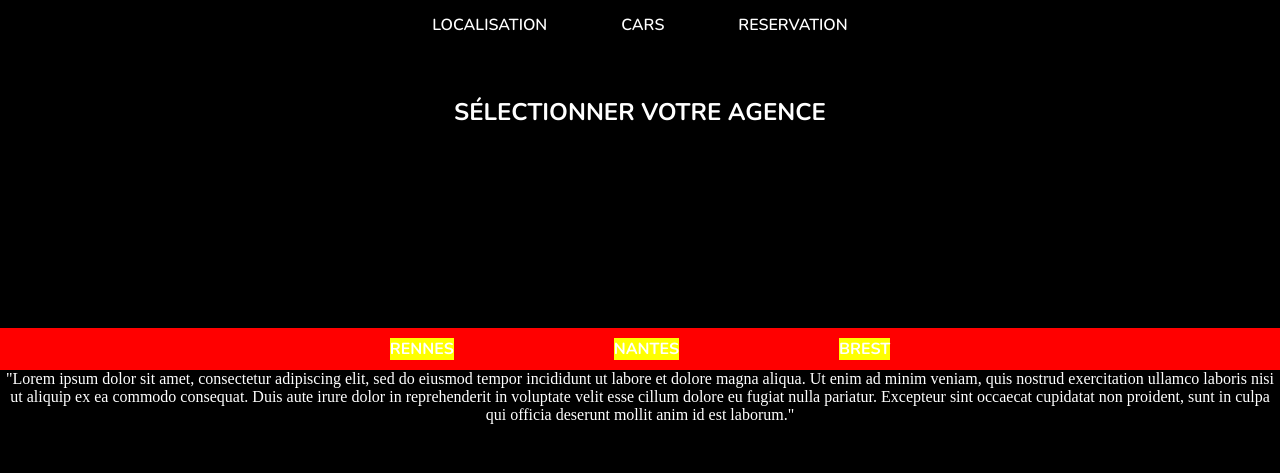
Repository: romgrm/jenaipasdevoiture
Page: src/main/java/fr/romgrm/index.html
These files come from the project's save history. The page is drawn as it stood at one moment and after the next save; the edit follows.
The browser window is 1280 px wide. The pictures show the whole page.
An inner scrolling area shows only its first screen.

Above is the page before, as saved 2020-10-15 21:16:27.

### src/main/java/fr/romgrm/index.html
<!DOCTYPE html>
<html lang="fr">
    <head>
        <title>JENAIPASDARGENT</title>
        <link rel="stylesheet" href="style.css" type="text/css"/>
        <link href="https://fonts.googleapis.com/css2?family=Nunito:ital,wght@0,600;0,700;0,800;1,200;1,300&display=swap" rel="stylesheet">
    </head>
    <body>

        <div class="container">

            <nav class="navbar">
                <ul>
                    <li><a href="#LOCALISATION">LOCALISATION</a></li>
                    <li><a href="#SELECTCAR">CARS</a></li>
                    <li><a href="#RECAPITULATE">RESERVATION</a></li>
                </ul>
            </nav>


            <Section id="LOCALISATION">
                 <h2>SÉLECTIONNER VOTRE AGENCE</h2>
                 <ul>
                     <li class="agence"><a>RENNES</a></li>
                     <li class="agence"><a>NANTES</a></li>
                     <li class="agence"><a>BREST</a></li>
                 </ul>
                 <p>"Lorem ipsum dolor sit amet, consectetur adipiscing elit, sed do eiusmod tempor incididunt ut labore et dolore magna aliqua. Ut enim ad minim veniam, quis nostrud exercitation ullamco laboris nisi ut aliquip ex ea commodo consequat. Duis aute irure dolor in reprehenderit in voluptate velit esse cillum dolore eu fugiat nulla pariatur. Excepteur sint occaecat cupidatat non proident, sunt in culpa qui officia deserunt mollit anim id est laborum."</p>
            </Section>




            <Section id="SELECTCAR">
                <h2>CARS</h2>
                <p>"Lorem ipsum dolor sit amet, consectetur adipiscing elit, sed do eiusmod tempor incididunt ut labore et dolore magna aliqua. Ut enim ad minim veniam, quis nostrud exercitation ullamco laboris nisi ut aliquip ex ea commodo consequat. Duis aute irure dolor in reprehenderit in voluptate velit esse cillum dolore eu fugiat nulla pariatur. Excepteur sint occaecat cupidatat non proident, sunt in culpa qui officia deserunt mollit anim id est laborum."</p>
            </Section>




            <Section id="RECAPITULATE">
                <h2>SHOP</h2>
                <p>"Lorem ipsum dolor sit amet, consectetur adipiscing elit, sed do eiusmod tempor incididunt ut labore et dolore magna aliqua. Ut enim ad minim veniam, quis nostrud exercitation ullamco laboris nisi ut aliquip ex ea commodo consequat. Duis aute irure dolor in reprehenderit in voluptate velit esse cillum dolore eu fugiat nulla pariatur. Excepteur sint occaecat cupidatat non proident, sunt in culpa qui officia deserunt mollit anim id est laborum."</p>
            </Section>



        </div>
    </body>
</html>

### src/main/java/fr/romgrm/style.css
*{
    margin: 0;
    padding: 0;
}


body{
  color: white;
  /* desactiver le scroll dans le body (pas oublier
  de lui donner une taille sinon ça marche pas*/
  height: 100vh;
  overflow: hidden;

}

.container{
    height: 100%;
    width: 100%;
    /*SCROLL SMOOTH*/
    overflow-y: scroll;
    scroll-behavior: smooth;
    scroll-snap-type: y mandatory;
}

.navbar{
   /* background-color: rgba(0, 0, 0, 0.5); */
    position: fixed;
    top: 0;
    z-index: 1;
    display: flex;
    width: 100%;
    height: 50px;
    font-family: 'Nunito', sans-serif;
    font-weight: 900 bold ;
}

.navbar ul{
    display: flex;
    list-style-type: none;
    width: 100%;
    justify-content: center;
    align-items: center;
    gap: 10px;
}

.navbar ul li{
    margin: 0 1rem;
    padding: 1rem;

}

.navbar ul li a{
    color: white;
    text-decoration: none;
    transition: all .5s;
    -moz-transition: all .5s;
    -webkit-transition: all .5s;
    -o-transition: all .5s;
    -ms-transition: all .5s;

}

.navbar ul li a:hover{
    transform : scale(5);
 -moz-transform : scale(1.25);
 -webkit-transform : scale(1.25);
 -o-transform : scale(1.25);
 -ms-transform : scale(1.25);
    /*color: rgb(105, 105, 105); */
}




Section{
    display: flex;
    flex-direction: column;
    width: 100%;
    height: 100vh; /* vh = Viewport Height : permet de dimensioner par rapport à la taille de l'écran*/
    text-align: center;
    justify-content: center;
    align-items: center;
    /*SCROLL SNAP ALIGN*/
    scroll-snap-align: center;

}


/*////////////////////////////////////////////////////////////////////////////////////////////////////////////*/



#LOCALISATION{
    background-color: black;
    margin: 0;
    padding: 0;
    /*background: url('https://source.unsplash.com/K2tdx2mFDHc/1600x900') no-repeat center center/cover;;*/
}

#LOCALISATION h2{
    position: relative;
    bottom: 200px;
    font-family: 'Nunito', sans-serif;
    font-weight: 800 bold ;

}

#LOCALISATION ul{
    display: flex;
    background-color: red;
    width: 100%;
    align-items: center;
    justify-content: center;
}

#LOCALISATION ul li{
    margin: 10px 80px 10px 80px;
    list-style-type: none;

}

#LOCALISATION ul li a{
    font-family: 'Nunito', sans-serif;
    font-weight: 700;

}

.agence{
    background-color: yellow;
}

#LOCALISATION p{

}


/*////////////////////////////////////////////////////////////////////////////////////////////////////////////*/



#SELECTCAR{
    background-color: red;
}

#SELECTCAR h2{

}

#SELECTCAR p{

}


/*////////////////////////////////////////////////////////////////////////////////////////////////////////////*/


#RECAPITULATE{
    background-color: blue;
}

#RECAPITULATE h2{

}

#RECAPITULATE p{

}

After the next save:
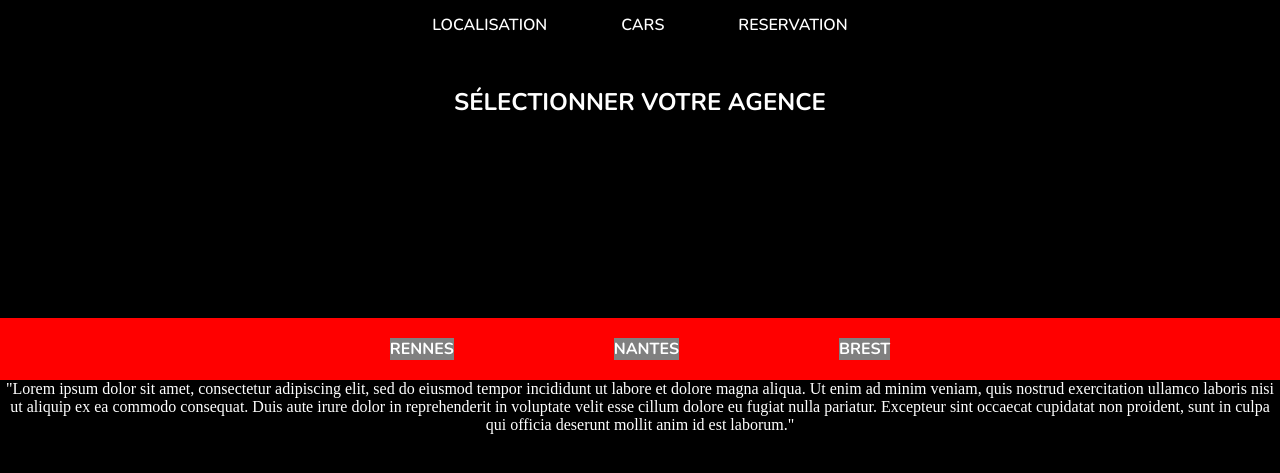
Saved 23 s later.
--- a/src/main/java/fr/romgrm/style.css
+++ b/src/main/java/fr/romgrm/style.css
@@ -114,7 +114,7 @@ Section{
 }
 
 #LOCALISATION ul li{
-    margin: 10px 80px 10px 80px;
+    margin: 20px 80px 20px 80px;
     list-style-type: none;
 
 }
@@ -126,7 +126,8 @@ Section{
 }
 
 .agence{
-    background-color: yellow;
+    background-color: gray;
+
 }
 
 #LOCALISATION p{
